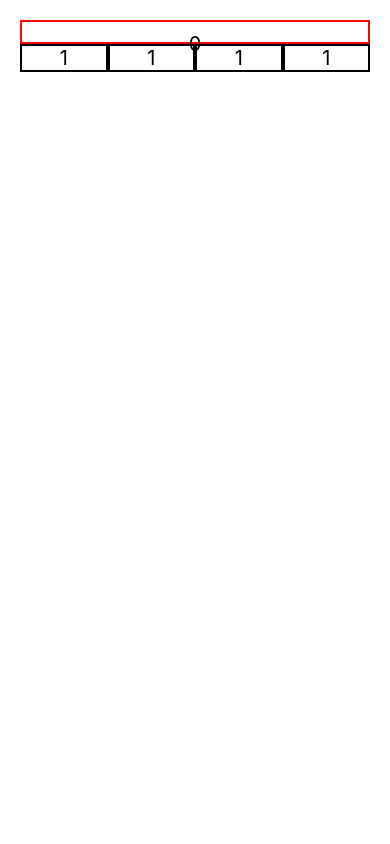
Repository: jeanphael/MyAppReact
Screen: /
An editor plug-in stored every save of this project. The screen is shown before and after the next save, followed by the edit.
The app was drawn by React Native's web renderer in a window 390 px wide. The project was rebuilt for these pictures with package versions that can differ from the ones it lists, and the page was loaded fresh each time. Some packages were replaced by stand-ins written for this rebuild.

Above is the screen before, as saved 2021-10-14 10:36:42.

After the next save:
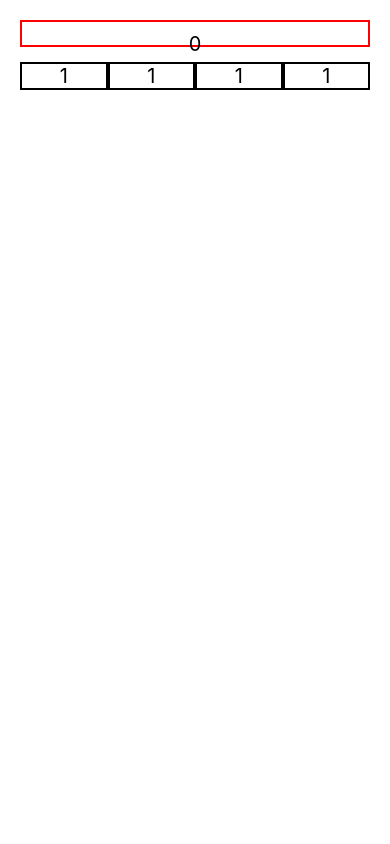
Saved 34 s later.
--- a/App.js
+++ b/App.js
@@ -20,7 +20,7 @@ export default class App extends React.Component {
           </Text>
         </View>
 
-        <View style={{ flexDirection: 'row', justifyContent: 'space-between' }}>
+        <View style={{ flexDirection: 'row', justifyContent: 'space-between',marginTop:15 }}>
           <TouchableOpacity style={{borderColor:'grew',borderWidth:2,flex:1}}>
 
             <Text style={{ fontSize: 20, alignSelf: 'center' }}>
